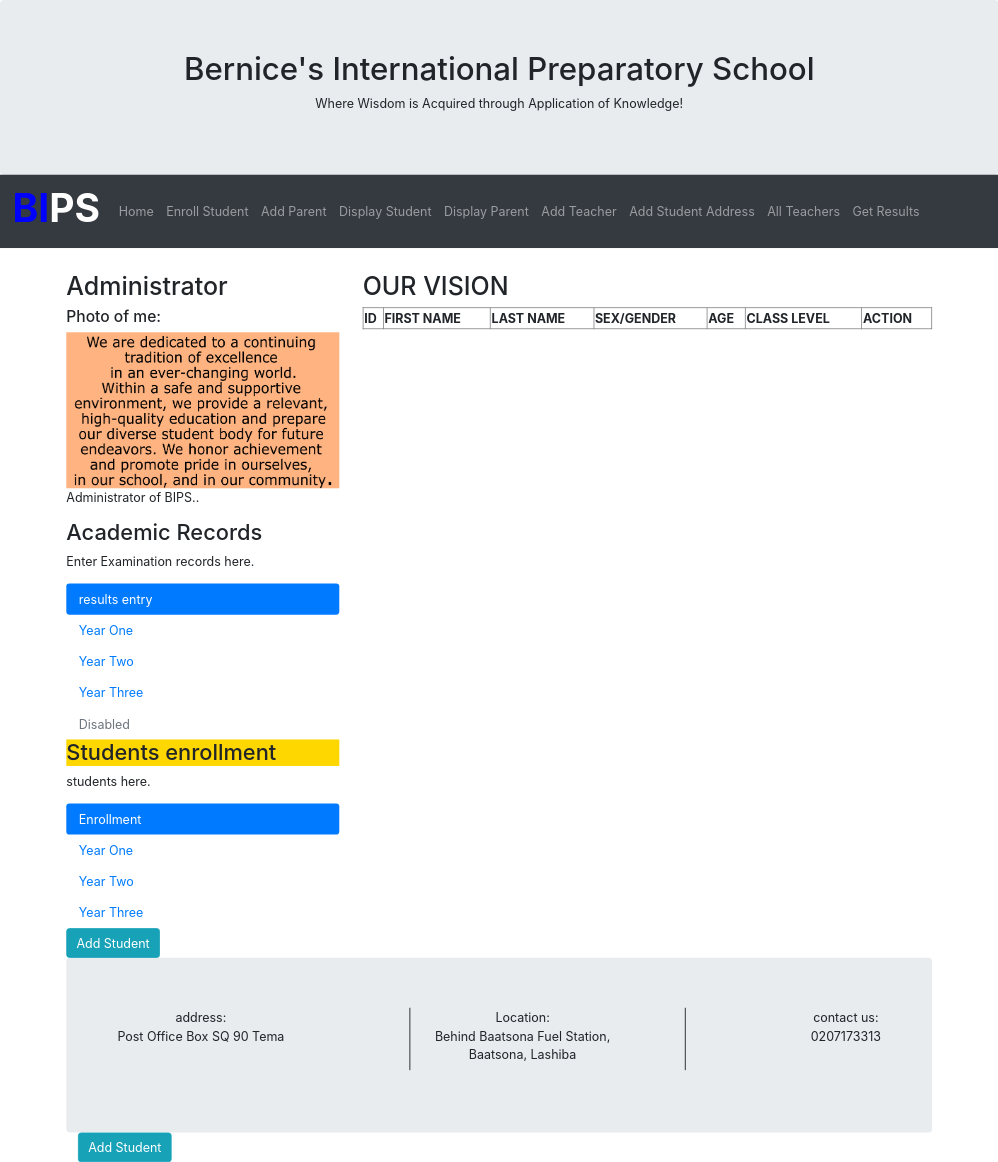
Repository: joseackah/eclipse-workspace
Page: http://localhost/com.school.mgt.system.Front.End/WEB-INF/views/adminHomePageExample2.jsp
An editor plug-in stored every save of this project. The page is shown before and after the next save, followed by the edit.
The browser window is 1280 px wide. The pictures show the whole page, at 78% of full size.
The page is served by Tomcat 9. Nobody is signed in. Other server files are loaded and not shown. The template is opened directly, without the code that normally fills it, so the values that code supplies are empty.

Above is the page before, as saved 2021-08-15 23:10:04.

### com.school.mgt.system.Front.End/src/main/webapp/WEB-INF/views/adminHomePageExample2.jsp
<%@ page language="java" contentType="text/html; charset=ISO-8859-1"
	pageEncoding="ISO-8859-1"%>
<%@ taglib uri="http://www.springframework.org/tags/form" prefix="form"%>
<%@ taglib uri="http://java.sun.com/jsp/jstl/core" prefix="c"%>
<!DOCTYPE html>
<html>
<head>
<meta charset="ISO-8859-1">
<title>Home Page</title>
<meta charset="utf-8">
<meta name="viewport" content="width=device-width, initial-scale=1">
<link rel="stylesheet"
	href="https://maxcdn.bootstrapcdn.com/bootstrap/4.5.2/css/bootstrap.min.css">
<script
	src="https://ajax.googleapis.com/ajax/libs/jquery/3.5.1/jquery.min.js"></script>
<script
	src="https://cdnjs.cloudflare.com/ajax/libs/popper.js/1.16.0/umd/popper.min.js"></script>
<script
	src="https://maxcdn.bootstrapcdn.com/bootstrap/4.5.2/js/bootstrap.min.js"></script>
<style>
.fakeimg {
	height: 200px;
	background: #aaa;
}
</style>
</head>
<body>
	<div class="jumbotron text-center" style="margin-bottom: 0">
		<h1>Bernice's International Preparatory School</h1>
		<p>Where Wisdom is Acquired through Application of Knowledge!</p>
	</div>

	<nav class="navbar navbar-expand-sm bg-dark navbar-dark">
		<a class="navbar-brand" href="#"><h1
				style="font-size: 50px; font-weight: bold;">
				<span style="color: blue; font-size:;">BI</span>PS
			</h1></a>
		<button class="navbar-toggler" type="button" data-toggle="collapse"
			data-target="#collapsibleNavbar">
			<span class="navbar-toggler-icon"></span>
		</button>
		<div class="collapse navbar-collapse" id="collapsibleNavbar">
			<ul class="navbar-nav">
				<li class="nav-item"><a class="nav-link"
					href="${pageContext.request.contextPath}/general/homePage">Home</a>
				</li>
				<li class="nav-item"><a class="nav-link"
					href="${pageContext.request.contextPath}/schoolStudents/moreStudentsForm">Enroll
						Student</a></li>
				<li class="nav-item"><a class="nav-link"
					href="${pageContext.request.contextPath}/schoolParents/showParentForm">Add
						Parent</a></li>
				<li class="nav-item"><a class="nav-link"
					href="${pageContext.request.contextPath}/schoolStudents/displayStudents">Display
						Student</a></li>
				<li class="nav-item"><a class="nav-link"
					href="${pageContext.request.contextPath}/schoolParents/displayParents">Display
						Parent</a></li>
				<li class="nav-item"><a class="nav-link"
					href="${pageContext.request.contextPath}/schoolStudents/showStudentsForm">Add
						Teacher</a></li>
				<li class="nav-item"><a class="nav-link"
					href="${pageContext.request.contextPath}/studentAddress/displayStudentAddress">Add
						Student Address</a></li>
				<li class="nav-item"><a class="nav-link"
					href="${pageContext.request.contextPath}/schoolTeachers/displayTeachers">All
						Teachers</a></li>
				<li class="nav-item"><a class="nav-link"
					href="${pageContext.request.contextPath}/general/lowerResults">Get
						Results</a></li>
			</ul>
		</div>
	</nav>

	<div class="container" style="margin-top: 30px">
		<div class="row">
			<div class="col-sm-4">
				<h2>Administrator</h2>
				<h5>Photo of me:</h5>
				<div class="fakeimg">
					<img alt="our mision"
						src="${pageContext.request.contextPath}/resources/png/mission.png"
						style="width: 100%; height: 100%;" />
				</div>
				<p>Administrator of BIPS..</p>

				<!--   academic record start here -->

				<h3>Academic Records</h3>
				<p>Enter Examination records here.</p>
				<ul class="nav nav-pills flex-column">
					<li class="nav-item"><a class="nav-link active" href="#">results
							entry</a></li>
					<li class="nav-item"><a class="nav-link" href="#">Year One</a>
					</li>
					<li class="nav-item"><a class="nav-link" href="#">Year Two</a>
					</li>
					<li class="nav-item"><a class="nav-link" href="#">Year
							Three</a></li>
					<li class="nav-item"><a class="nav-link disabled" href="#">Disabled</a>
					</li>
				</ul>
				<hr class="d-sm-none">

				<!-- academic record ends here -->

				<!-- student starts here -->
				<h3 style="background-color: gold;">Students enrollment</h3>
				<p>students here.</p>
				<ul class="nav nav-pills flex-column">
					<li class="nav-item"><a class="nav-link active">Enrollment</a>
					</li>
					<li class="nav-item"><a class="nav-link" href="#">Year One</a>
					</li>
					<li class="nav-item"><a class="nav-link" href="#">Year Two</a>
					</li>
					<li class="nav-item"><a class="nav-link" href="#">Year
							Three</a></li>
					<li class="nav-item">
						<!-- <a class="nav-link disabled" href="#">Disabled</a> -->
						<button type="button" class="btn btn-info float-left"
							data-toggle="modal" data-target="#myModal">Add Student</button>
					</li>
				</ul>
				<hr class="d-sm-none">
				<!--   students ends here -->
			</div>

			<!-- mission start here -->
			<div class="col-lg-8">
				<h2>OUR VISION</h2>

				<table border="1" id="name" style="width: 100%;">
					<thead>
						<tr>
							<th>ID</th>
							<th>FIRST NAME</th>
							<th>LAST NAME</th>
							<th>SEX/GENDER</th>
							<th>AGE</th>
							<th>CLASS LEVEL</th>

							<th>ACTION</th>
						</tr>
					</thead>
					<tbody id="myTable">
						<c:forEach items="${student}" var="student">
							<c:url value="update1" var="updateURL">
								<c:param value="${student.studentId}" name="studentId"></c:param>
								<c:param value="${student.firstName}" name="firstName"></c:param>
								<c:param value="${student.lastName}" name="lastName"></c:param>
								<c:param value="${student.sex}" name="sex"></c:param>
								<c:param value="${student.age}" name="age"></c:param>
								<c:param value="${student.classLevel}" name="classLevel"></c:param>


							</c:url>

							<c:url value="deleteStudents/${student.studentId}"
								var="removeURL">
								<!-- <c:param value="" name="id"></c:param> -->
							</c:url>

							<c:url value="results" var="results">
								<c:param value="${student.studentId}" name="studentId"></c:param>
								<c:param value="${student.firstName}" name="firstName"></c:param>
								<c:param value="${student.lastName}" name="lastName"></c:param>
								<c:param value="${student.sex}" name="sex"></c:param>
								<c:param value="${student.age}" name="age"></c:param>
								<c:param value="${student.classLevel}" name="classLevel"></c:param>
							</c:url>

							<tr>
								<td>${student.studentId}</td>
								<td>${student.firstName}</td>
								<td>${student.lastName}</td>
								<td>${student.sex}</td>
								<td>${student.age}</td>
								<td>${student.classLevel}</td>

								<td><a href="${updateURL }">Update</a> | <a
									href="${removeURL }"
									onclick="if (!confirm('Are you sure you want to delete this record?')) return false">Delete</a>
									| <a href="${results}">Results</a></td>
							</tr>

						</c:forEach>
					</tbody>

				</table>
${student}


				<!-- mission end here -->

				<br>

		</div>
	</div>

	<div class="jumbotron text-center"
		style="margin-bottom: 0; align-context: space-between;">
		<div style="justify-content: center;">
			<div style="display: flex; float: center; justify-content: center;">
				<p style="margin-right: 10em">
					address: <br /> Post Office Box SQ 90 Tema
				</p>
				<p
					style="border-left: 1px solid black; height: 80px; position: fix; left: 35%; padding-right: 2em;">
				</p>
				<p style="display: flex; float: right;">
					Location: <br /> Behind Baatsona Fuel Station, <br> Baatsona,
					Lashiba
				</p>
				<P
					style="border-left: 1px solid black; height: 80px; position: fix; right: 50%; margin-left: 6em;">
				</P>
				<p style="margin-left: 10em">
					contact us:<br /> 0207173313
				</p>
			</div>


		</div>
	</div>


	<!-- test form -->

	<div class="container">
		<button type="button" class="btn btn-info float-left"
			data-toggle="modal" data-target="#myModal">Add Student</button>

		<!-- Modal -->
		<div class="modal fade" id="myModal" role="dialog">
			<div class="modal-dialog">

				<!-- Modal content-->
				<div class="modal-content">
					<div class="modal-header">
						<h4 class="modal-title text-primary">ADD NEW STUDENT</h4>
						<button type="button" class="close" data-dismiss="modal">&times;</button>
					</div>
					<div class="modal-body">




						<form
							action="${pageContext.request.contextPath }/aitiKaceStudentsApiConsumption/saveAitiKaceStudent=SaMEmE=HsuSGS-MlsjHS-DN-aDDF-Fdddde-sAmKoG=SmO-sLnINbds=LonCrshs-bBidbdd"
							method="post">

							<div class="modal-body">

								<div class="row">
									<div class="col">

										<div class="form-group">

											<input name="student_id" type="text"
												class="form-control checking_student_id" id="student_id"
												value="" placeholder="Student ID" required> <span
												class="error_student_id" id="student_id_error_message"
												style="color: red;"></span>
										</div>
									</div>
									<div class="col">

										<div class="form-group">
											<input name="student_name" type="text" class="form-control"
												id="student_name" value="" placeholder="Student Name"
												required> <span id="student_name_error_message"
												style="color: red;"></span>
										</div>


									</div>








								</div>



								<div class="form-group">
									<label>COURSE</label> <select class="form-control"
										name="course">
										<option value="">Select Course</option>
										<option value="Certificate in Software Development">Certificate
											in Software Development</option>
										<option value="Cisco Certified Network Associate">Cisco
											Certified Network Associate</option>
										<option value="Cisco Certified Network Professionals">Cisco
											Certified Network Professionals</option>
										<option value="International Computer Driving Licence">International
											Computer Driving Licence</option>
										<option value="Cyber Security">Cyber Security</option>
										<option value="Network Information Security">Network
											Information Security</option>
										<option value="Certified Information System Auditor">Certified
											Information System Auditor</option>
										<option value="Big Data Analytics">Big Data Analytics</option>
										<option value="Web Technologies">Web Technologies</option>
										<option value="Java Programming">Java Programming</option>
										<option value="Computing Infrastructure Systems & Security">Computing
											Infrastructure Systems & Security</option>
									</select>
								</div>



								<div class="row">
									<div class="col">



										<div class="form-group">
											<label>COURSE LEVEL</label> <input name="course_level"
												type="text" class="form-control" id="course_level" value=""
												placeholder="CSD1.5" required> <span
												id="course_level_error_message" style="color: red;"></span>
										</div>


									</div>

									<div class="col">

										<div class="form-group">
											<label>DATE OF BIRTH</label> <input name="date_of_birth"
												type="date" class="form-control checking_date_of_birth"
												id="date_of_birth" value="" placeholder="example@play.com"
												required> <span class="error_date_of_birth"
												id="date_of_birth_error_message" style="color: red;"></span>
										</div>


									</div>
								</div>


								<div class="form-group">
									<label>EMAIL</label> <input name="email" type="email"
										class="form-control checking_email" id="email" value=""
										placeholder="example@play.com" required> <span
										class="error_email" id="email_error_message"
										style="color: red;"></span>
								</div>


								<div class="row">
									<div class="col">


										<div class="form-group">
											<label>PHONE NUMBER</label> <input name="phone" type="text"
												class="form-control checking_phone" id="phone" value=""
												placeholder="0*************" required> <span
												class="error_phone" id="phone_error_message"
												style="color: red;"></span>
										</div>
									</div>
									<div class="col">
										<div class="form-group">
											<label>GENDER</label> <select class="form-control"
												name="gender">
												<option>Select</option>
												<option value="Male">Male</option>
												<option value="Female">Female</option>
											</select>
										</div>

									</div>
								</div>

								<div class="form-group">
									<label>ADDRESS</label> <input name="address" type="text"
										class="form-control" id="address" value=""
										placeholder="Tema Comm 1" required> <span
										id="course_level_error_message" style="color: red;"></span>
								</div>


								<div class="row">
									<div class="col">


										<div class="form-group">
											<label>COURSE START DATE</label> <input
												name="course_start_date" type="date"
												class="form-control checking_date_of_birth"
												id="course_start_date" value=""
												placeholder="example@play.com" required> <span
												class="error_date_of_birth" id="date_of_birth_error_message"
												style="color: red;"></span>
										</div>

									</div>
									<div class="col">


										<div class="form-group">
											<label>COURSE END DATE</label> <input name="course_end_date"
												type="date" class="form-control checking_date_of_birth"
												id="course_end_date" value="" placeholder="example@play.com"
												required> <span class="error_date_of_birth"
												id="date_of_birth_error_message" style="color: red;"></span>
										</div>

									</div>
								</div>
</body>
</html>

After the next save:
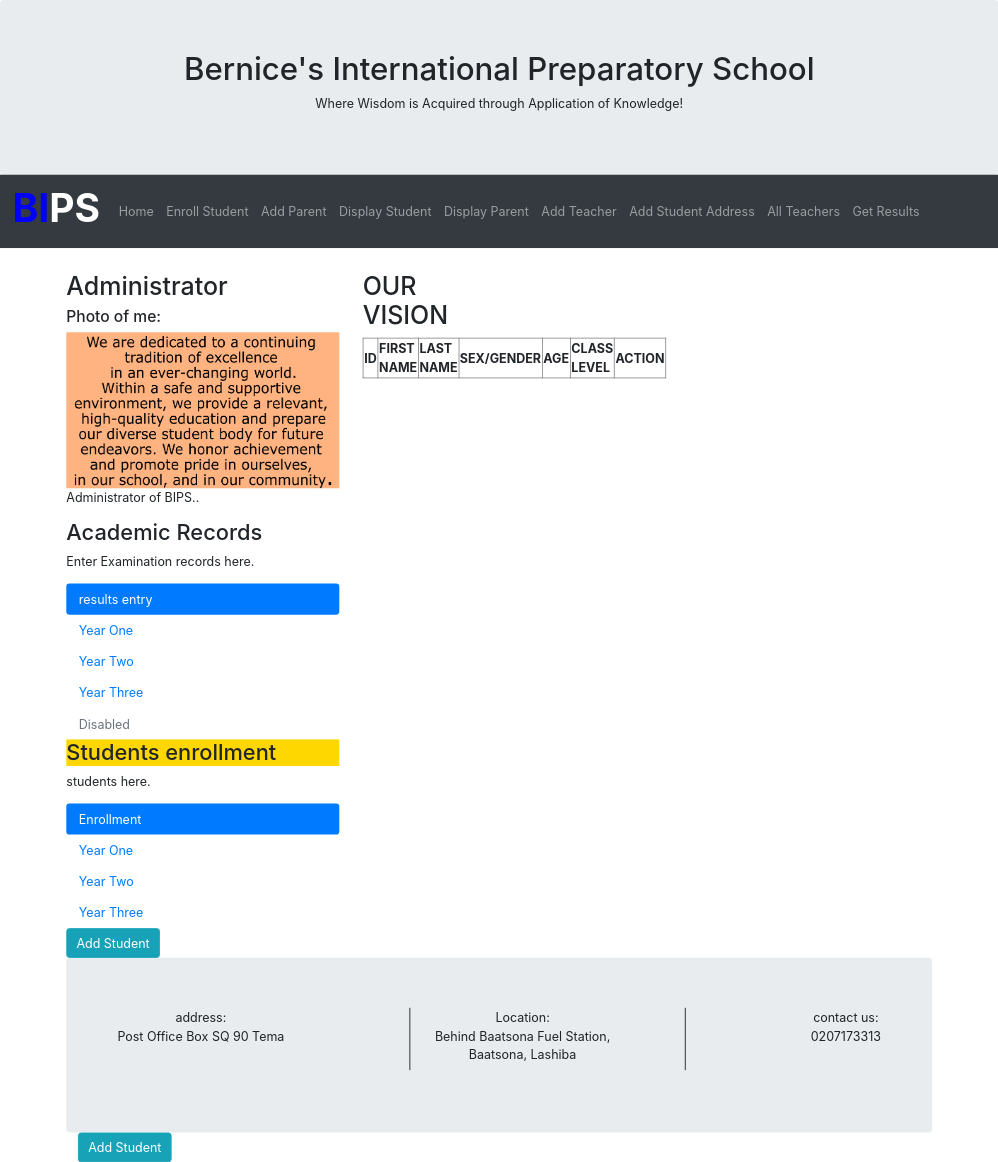
Saved 2 min 35 s later.
--- a/com.school.mgt.system.Front.End/src/main/webapp/WEB-INF/views/adminHomePageExample2.jsp
+++ b/com.school.mgt.system.Front.End/src/main/webapp/WEB-INF/views/adminHomePageExample2.jsp
@@ -127,7 +127,7 @@
 			</div>
 
 			<!-- mission start here -->
-			<div class="col-lg-8">
+			<div class="col-lg-2">
 				<h2>OUR VISION</h2>
 
 				<table border="1" id="name" style="width: 100%;">
